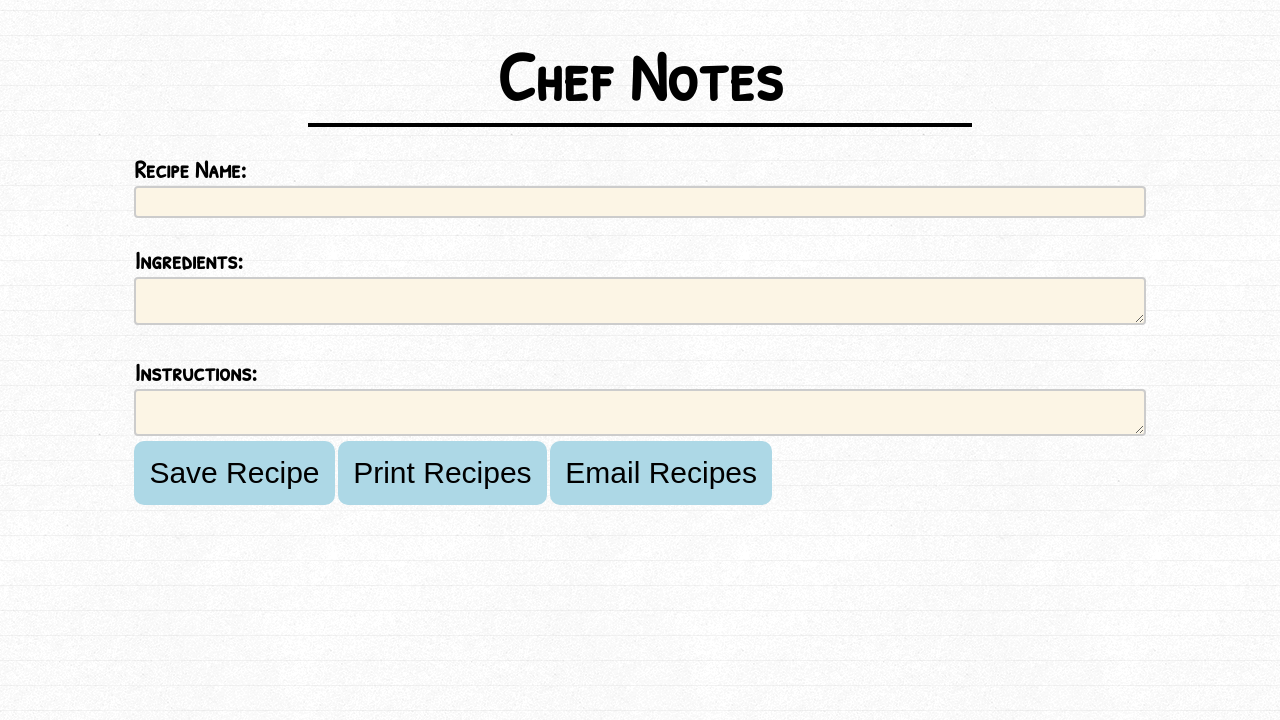
Repository: Chadloswald/RecipeSite
Page: docs/index.html
The author's editor kept a copy of each file at every save. The page is drawn from the files as they stood at one save, then again after the next save.
The browser window is 1280 px wide. The pictures show the whole page.

Above is the page before, as saved 2023-05-22 13:05:39.

After the next save:
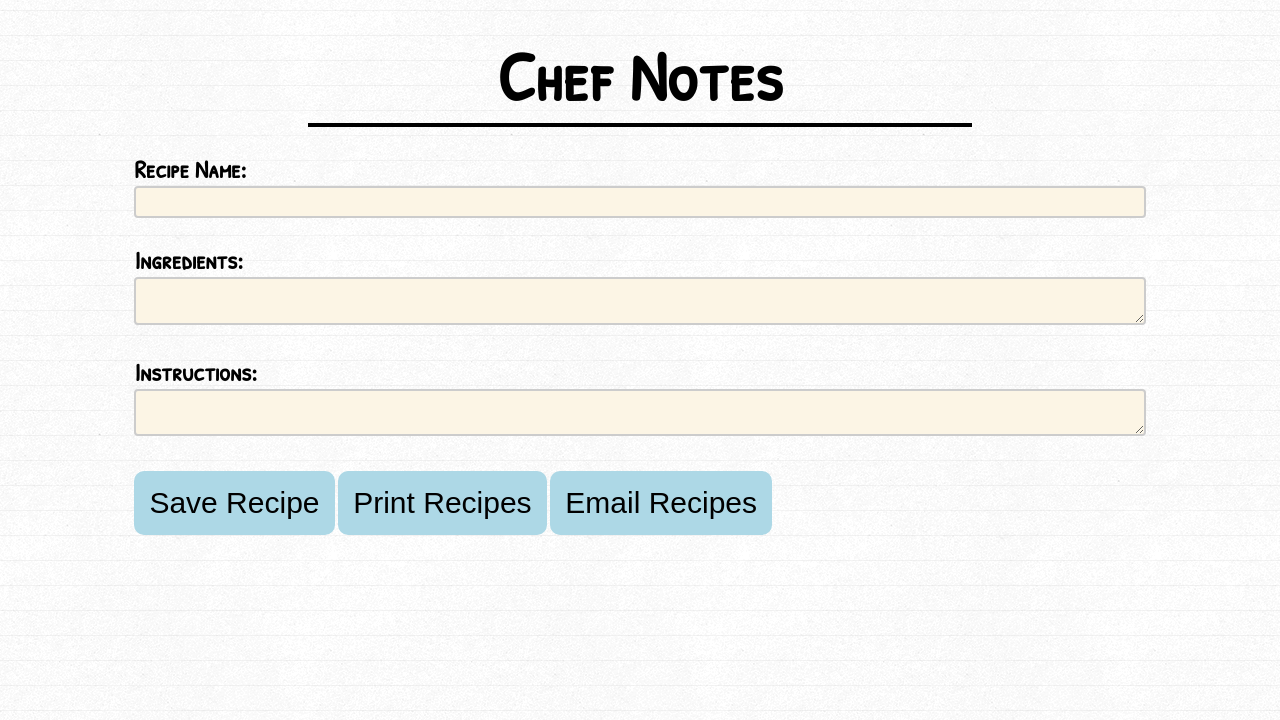
Saved 19 s later.
--- a/docs/style.css
+++ b/docs/style.css
@@ -40,8 +40,7 @@ input[type="text"], textarea {
 }
 
 button {
-  /* flex-direction: row;
-  margin: 1em auto; */
+  margin: 1em auto;
   padding: 0.5em;
   border-radius: 10px;
   font-size: 30px;
